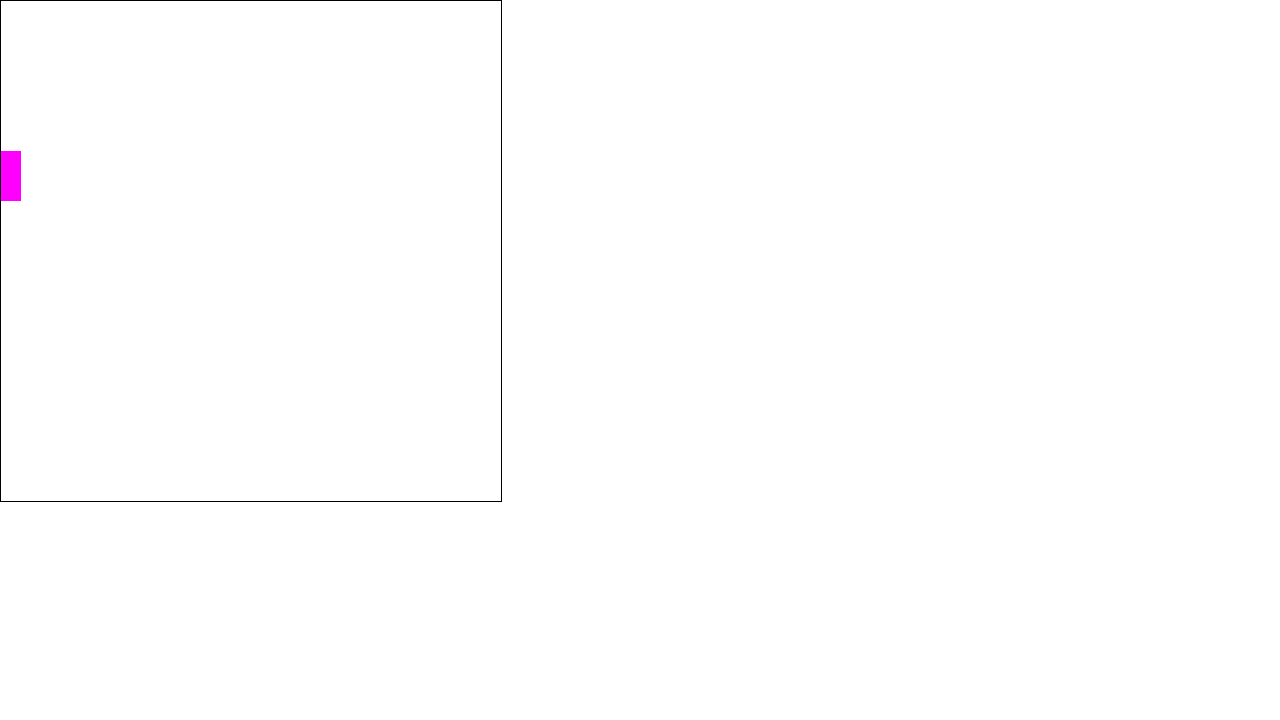
Repository: thecptwaffles/bad-game
Page: index.html
The author's editor kept a copy of each file at every save. The page is drawn from the files as they stood at one save, then again after the next save.
The browser window is 1280 px wide. The pictures show the whole page.

Above is the page before, as saved 2022-02-05 07:21:05.

### index.html
<!DOCTYPE html>
<html lang="en" onkeydown="jump()">

<head>
    <meta charset="UTF-8">
    <meta http-equiv="X-UA-Compatible" content="IE=edge">
    <meta name="viewport" content="width=device-width, initial-scale=1.0">
    <title>Jump</title>
    <link rel="stylesheet" href="style.css">
</head>

<body>
    <div id="game">
        <div id="Steve"></div>
        <div id="block"></div>
    </div>
</body>
<script src="./index.js"></script>

</html>

### style.css
* {
    padding: 0;
    margin: 0;
}

#game {
    width: 500px;
    height: 500px;
    border: 1px solid black;
}

#Steve {
    width: 20px;
    height: 50px;
    background-color: magenta;
    position: relative;
    top: 150px;
}

.animate {
    animation: jump 500ms;
}

@keyframes jump {
    0%{
        top: 150px;
    }

    30% {
        top: 100px;
    }

    70% {
        top: 100px;
    }

    100% {
        top: 150px;
    }
}

#block {
    width: 20px;
    height: 20px;
    background-color: aquamarine;
    position: relative;
    top: 130px;
    left: 480px;
    animation: block 1s infinite linear;
}

@keyframes block {
    0%{
        left: 480px;
    }

    100%{
        left: -40px;
    }
}

### index.js
var Steve = document.getElementById('Steve');
var block = document.getElementById('block');

function jump(){
    if(Steve.classList !='animate'){
        Steve.classList.add('animate');
    }
    Steve.classList.add('animate');
    setTimeout(function(){
        Steve.classList.remove('animate');
    },500)
}

var checkDead = setInterval(function(){
    var steveTop = parseInt(window.getComputedStyle(Steve).getPropertyValue('top'));

    var blockLeft = parseInt(window.getComputedStyle(block).getPropertyValue('left'));

    if(blockLeft<20 && blockLeft>0 && steveTop >= 130) {
        block.style.animation = 'none';
        block.style.display = 'none';
        if(alert('You Lose :(')){}
else    window.location.reload();
    }
},10)

After the next save:
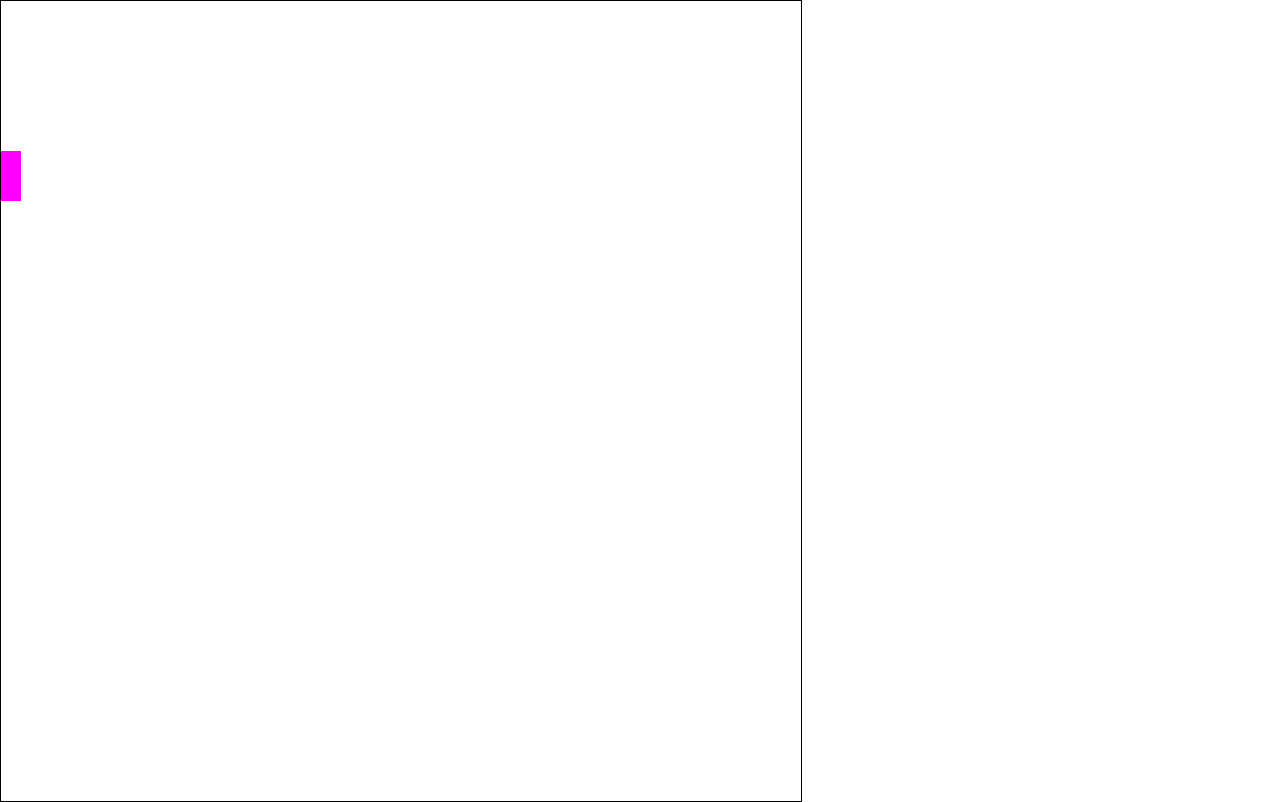
Saved 9 s later.
--- a/style.css
+++ b/style.css
@@ -4,8 +4,8 @@
 }
 
 #game {
-    width: 500px;
-    height: 500px;
+    width: 800px;
+    height: 800px;
     border: 1px solid black;
 }
 
